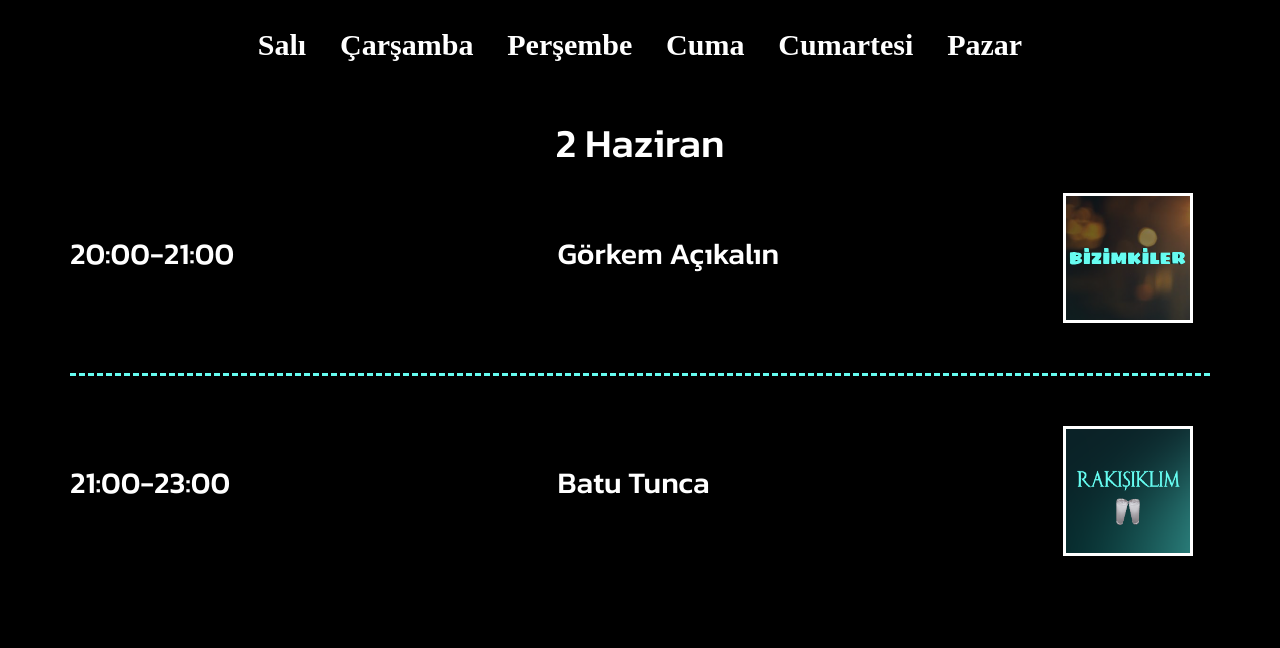
Repository: kaanistemi/program
Page: index.html
The author's editor kept a record of every edit. The page is drawn from the files as they stood at one moment, then again after the next edit.
The browser window is 1280 px wide. The pictures show the whole page.

Above is the page before.

After the next edit:
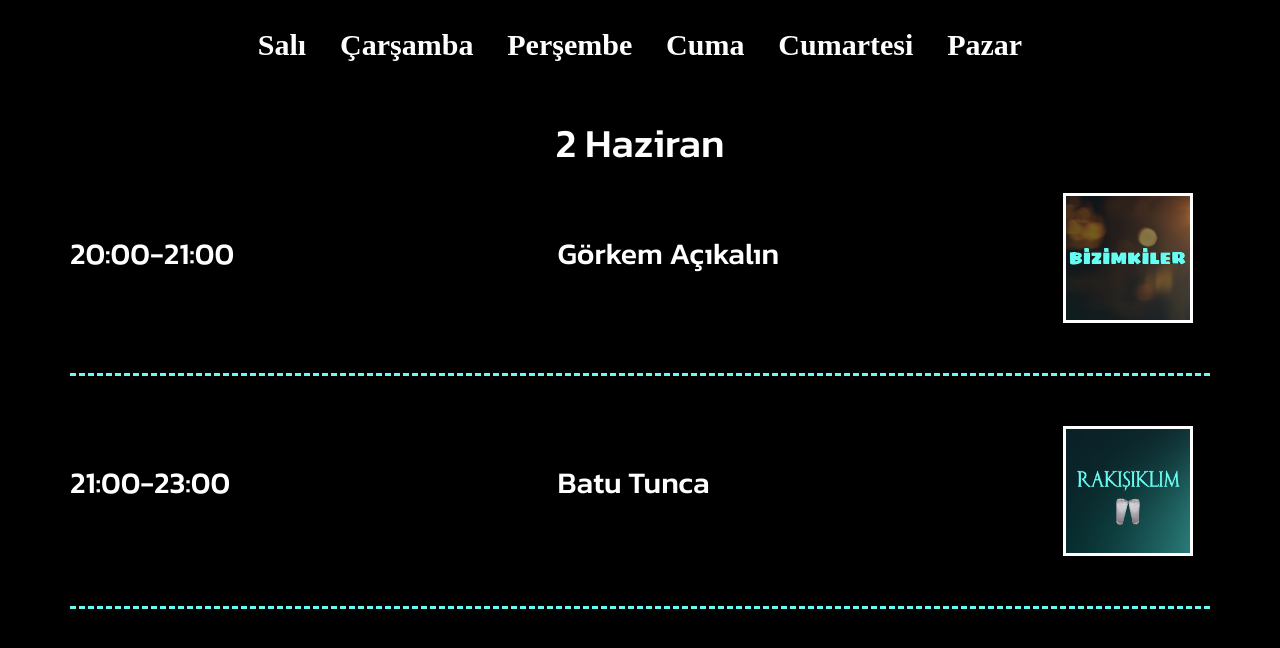
The edit:
--- a/index.html
+++ b/index.html
@@ -47,7 +47,7 @@
                     </div>
 
                 </div>
-                 <div class="border"></div>
+                <div class="border"></div>
             </div>
             <div class="container">
                 <div class="row">
@@ -65,7 +65,7 @@
                         </div>
 
                 </div>
-
+                <div class="border"></div>
             </div>
 
         </div>
